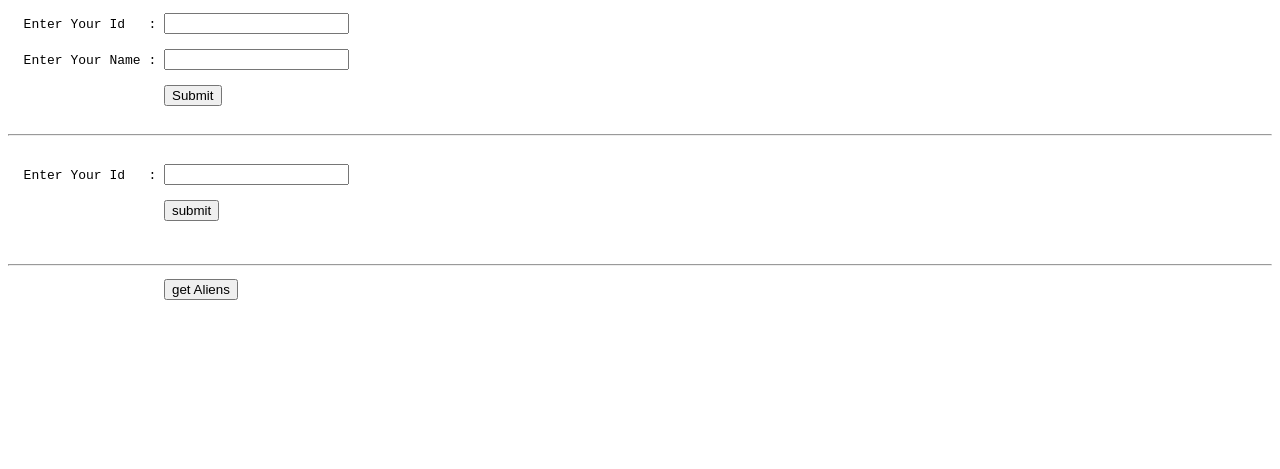
Repository: albelsingh/Spring-boot
Page: http://localhost/SpringMVCBoot-1/views/index.jsp
An editor plug-in stored every save of this project. The page is shown before and after the next save, followed by the edit.
The browser window is 1280 px wide. The pictures show the whole page.
The page is served by Tomcat 9.

Above is the page before, as saved 2020-06-20 09:48:21.

After the next save:
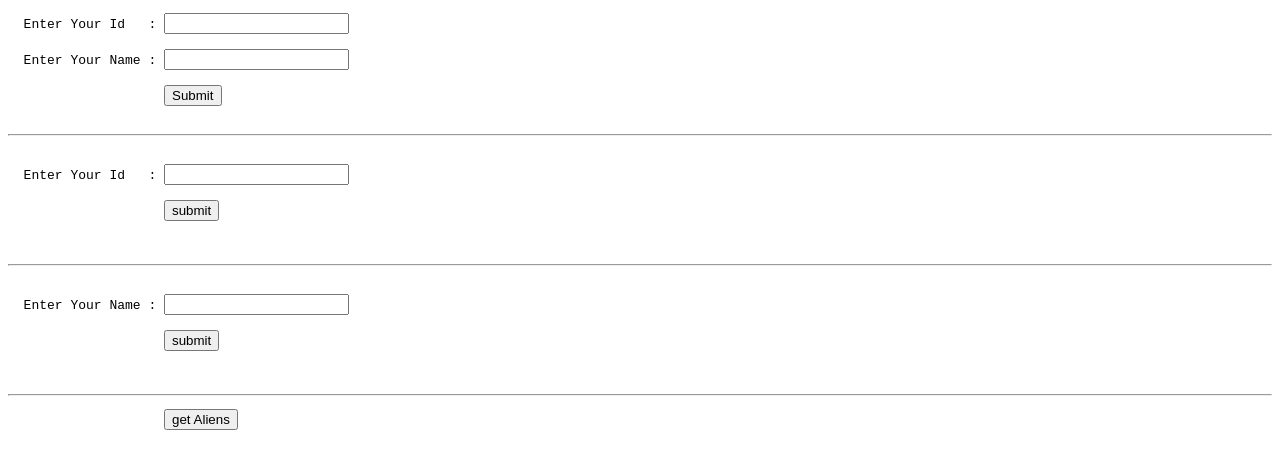
Saved 2 min 20 s later.
--- a/SpringMVCBoot-1/src/main/webapp/views/index.jsp
+++ b/SpringMVCBoot-1/src/main/webapp/views/index.jsp
@@ -23,6 +23,14 @@
   </pre>
   </form>
   <hr>
+
+  <form action="getAlienByName" method="GET">
+  <pre>
+  Enter Your Name : <input type="text" name="aname"><br>
+                    <input type="submit" name="b1" value="submit"><br>
+  </pre>
+  </form>
+  <hr>
     <form action="getAliens" method="GET">
   <pre>
                     <input type="submit" name="b1" value="get Aliens"><br>
